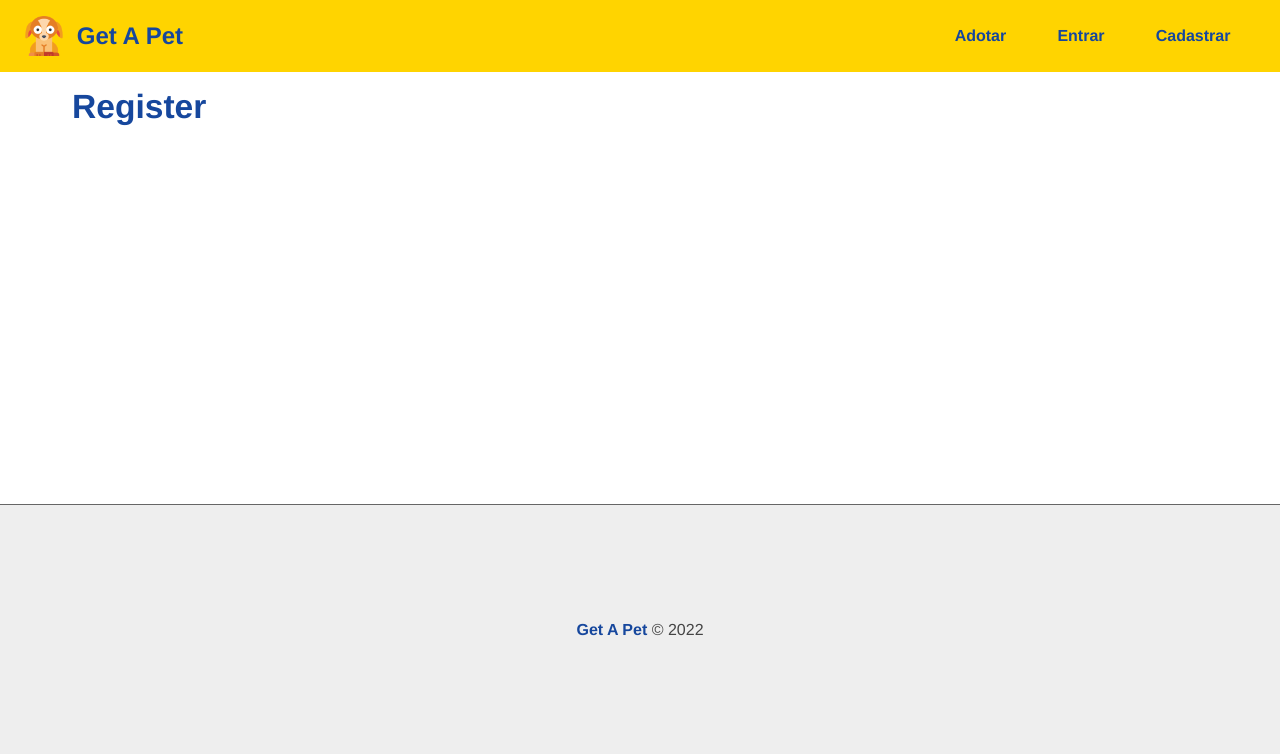
Repository: LeandroMoniz/Projetos_Pets
Page: /register (app in adocao_pet/frontend/)
These files come from the project's save history. The page is drawn as it stood at one moment and after a run of saves; the edit follows.
The browser window is 1280 px wide. The pictures show the whole page.
The project was rebuilt for these pictures with package versions that can differ from the ones it lists, and the page was loaded fresh each time. Also part of the build but not shown: adocao_pet/frontend/src/components/pages/Auth/Login.js, adocao_pet/frontend/src/components/pages/Home.js, adocao_pet/frontend/src/components/form/Input.module.css.

Above is the page before, as saved 2022-02-15 16:07:47.

After the next 2 saves:
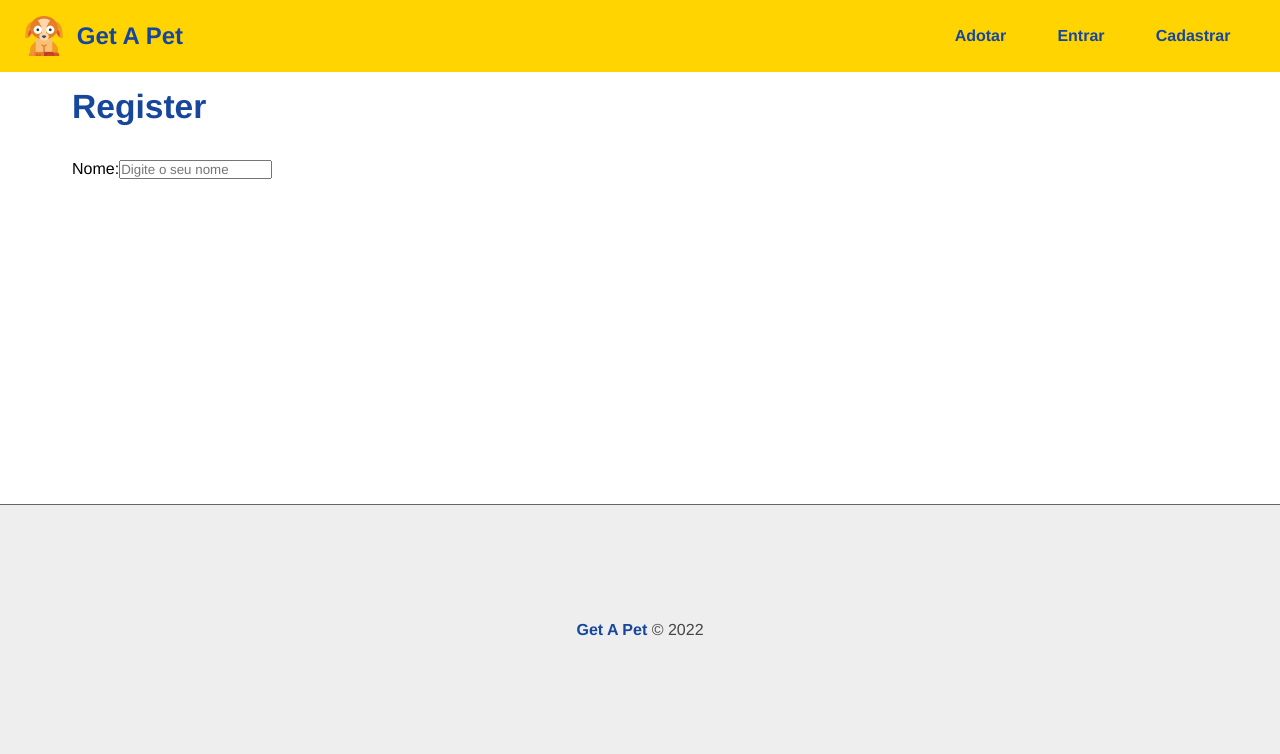
The 2 saves are shown as one change because 1 did not build or start.
The last was saved 12 min 0 s later.
--- a/adocao_pet/frontend/src/components/pages/Auth/Register.js
+++ b/adocao_pet/frontend/src/components/pages/Auth/Register.js
@@ -1,7 +1,23 @@
+import Input from '../../form/Input'
+
 function Register() {
-    return(
+
+    function handleChange(e) {
+
+    }
+
+    return (
         <section>
             <h1>Register</h1>
+            <form>
+                <Input
+                    text="Nome"
+                    type="text"
+                    name="name"
+                    placeholder="Digite o seu nome"
+                    handleOnChange={handleChange}
+                />
+            </form>
         </section>
     )
 }
--- a/adocao_pet/frontend/src/components/form/Input.js
+++ b/adocao_pet/frontend/src/components/form/Input.js
@@ -16,3 +16,5 @@
         </div>
     )
 }
+
+export default Input
